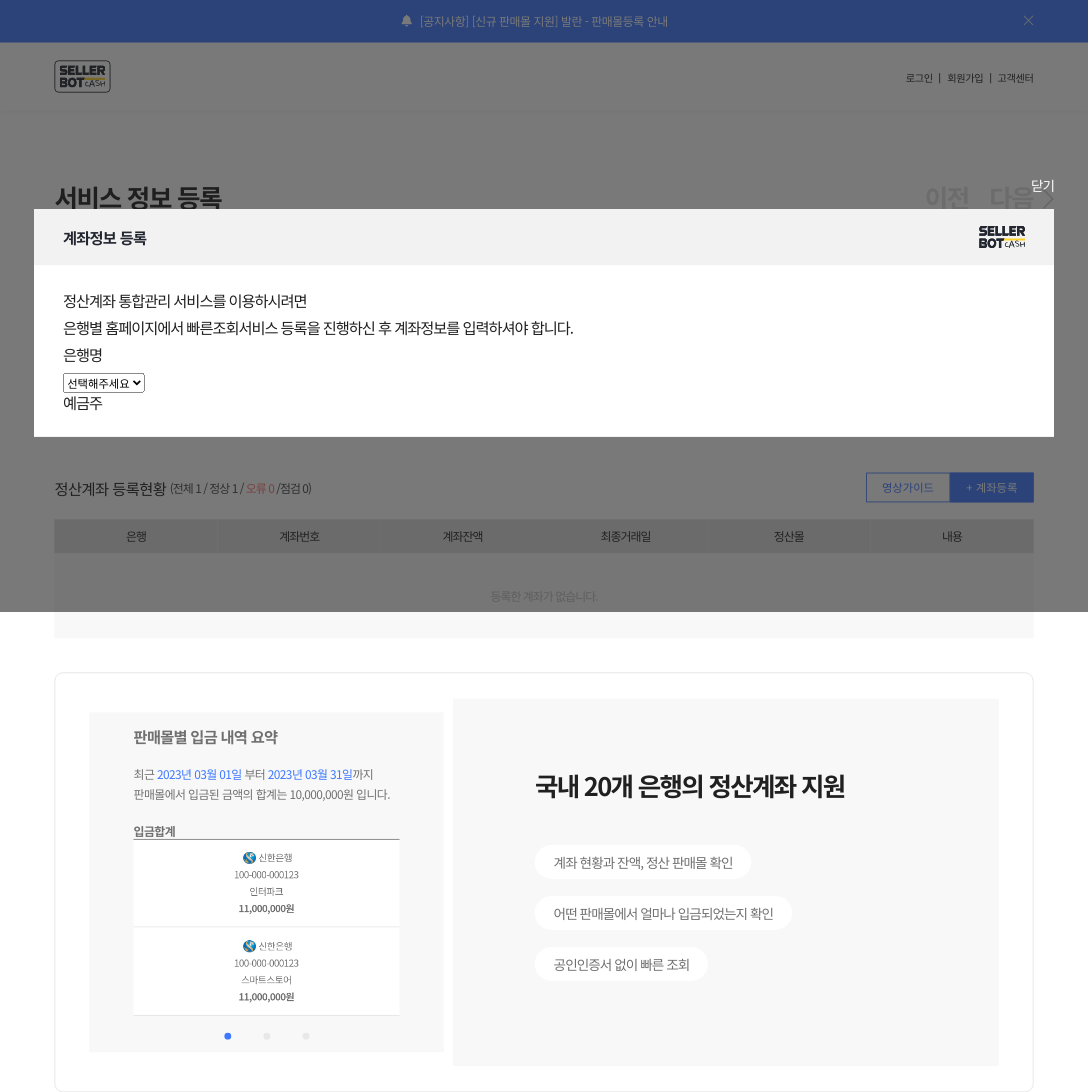
Repository: elemapfelr/ownServer
Page: test-server/web/sellerbot_signup/step_07.html
These files come from the project's save history. The page is drawn as it stood at one moment and after the next save; the edit follows.
The browser window is 1280 px wide. The pictures show the whole page, at 85% of full size.
After loading, the first visible `#regAcc` was clicked once.
Some web libraries are served in a nearby version. The style sheet was rebuilt from its Sass, Less or Tailwind sources for each picture, by a compiler version that may differ from the author's.

Above is the page before, as saved 2023-03-15 10:49:21.

### test-server/web/sellerbot_signup/step_07.html
<!DOCTYPE html>
<html lang="ko">

<head>
	<meta charset="UTF-8">
	<meta http-equiv="X-UA-Compatible" content="IE=edge">
	<meta name="viewport" content="width=device-width, initial-scale=1.0">
	<title>셀러봇캐시 회원가입</title>
	<link rel="stylesheet" href="./css/step_07.css">
	<script type="module" src="./js/step_07.js" defer></script>
	<script src="https://kit.fontawesome.com/133e10f389.js" crossorigin="anonymous"></script>
</head>

<body>
	<header>
		<div class="top">
			<div class="notification">
				<div class="text">
					<i class="fa-solid fa-bell"></i>
					<p>[공지사항] [신규 판매몰 지원] 발란 - 판매몰등록 안내</p>
				</div>
				<button><img src="./img/xmark.svg" alt="xmark"></button>
			</div>
		</div>
		<div class="bottom">
			<div class="logo"><img src="./img/sellerbotLogo.svg" alt="sellerbot"></div>
			<div class="right">
				<button>로그인</button>
				<span></span>
				<button>회원가입</button>
				<span></span>
				<button>고객센터</button>
			</div>
		</div>
	</header>
	<main>
		<section>
			<button class="fixed2" id="prevStep">
				<span>이전</span>
			</button>
			<button class="fixed" id="nextStep">
				<span>다음</span>
				<img src="./img/rightArrow.svg" />
			</button>
			<article id="top">
				<div class="title">
					<h1>서비스 정보 등록</h1>
				</div>
				<div class="processBar">
					<div class="first step">
						<span class="line"></span>
						<p>판매몰 등록</p>
					</div>
					<div class="second step">
						<span class="line"></span>
						<p>결제수단 등록</p>
					</div>
					<div class="third step active">
						<span class="line"></span>
						<p>계좌 등록</p>
					</div>
				</div>
			</article>
			<article id="accountReg">
				<p class="topText">나도 모르는 정산금 입금내역, 등록 한 번이면 쉽고 빠르게 볼 수 있습니다.</p>
				<div class="tableTop">
					<div class="left">
						<p>정산계좌 등록현황</p>
						<span>(<b>전체 1</b> / <b>정상 1</b> / <b class="err">오류 0</b> /<b>점검 0</b>)</span>
					</div>
					<div class="right">
						<button class="blue_outline" id="vidGuide">영상가이드</button>
						<button class="blue" id="regAcc">+ 계좌등록</button>
					</div>
				</div>
				<table id="accountList">
					<thead>
						<tr>
							<td>은행</td>
							<td>계좌번호</td>
							<td>계좌잔액</td>
							<td>최종거래일</td>
							<td>정산몰</td>
							<td>내용</td>
						</tr>
					</thead>
					<tbody>
						<tr class="noData">
							<td colspan="6">등록한 계좌가 없습니다.</td>
						</tr>
					</tbody>
				</table>
			</article>
			<article id="extraInfo">
				<div class="left">
					<div class="content">
						<h4>판매몰별 입금 내역 요약</h4>
						<p>최근 <b>2023년 03월 01일</b> 부터 <b>2023년 03월 31일</b>까지<br>
							판매몰에서 입금된 금액의 합계는 10,000,000원 입니다.</p>
						<h5>입금합계</h5>
						<img src="./img/step_07_img_01.png" alt="summary">
						<ul class="bottomUl">
							<li class="active"></li>
							<li></li>
							<li></li>
						</ul>
					</div>
				</div>
				<div class="right">
					<div class="content">
						<h3>국내 20개 은행의 정산계좌 지원</h3>
						<p>계좌 현황과 잔액, 정산 판매몰 확인</p>
						<p>어떤 판매몰에서 얼마나 입금되었는지 확인</p>
						<p>공인인증서 없이 빠른 조회</p>
					</div>
				</div>
			</article>
		</section>
	</main>
</body>

</html>

### test-server/web/sellerbot_signup/js/step_07.js
import modalShow from './import/modalShow.js';

document.querySelector('#prevStep').addEventListener('click', () => {
	location.href = './step_06.html';
});

document.querySelector('#regAcc').addEventListener('click', () => {
	let popupHtml = `
    <div class="head">
		<h5>계좌정보 등록</h5>
		<img src="./img/sellerbotLogo.svg" alt="sellerbot cash">
	</div>
	<div class="body">
		<p>정산계좌 통합관리 서비스를 이용하시려면</p>
		<p class="red">은행별 홈페이지에서 빠른조회서비스 등록을 진행하신 후 계좌정보를 입력하셔야 합니다.</p>
        <form action="action.do">
			<p>은행명</p>
			<div class="row">
				<select id="bankName">
					<option value="" selected>선택해주세요</option>
					<option value="신한">신한은행</option>
					<option value="국민">국민은행</option>
					<option value="농협">농협은행</option>
				</select>
			</div>
			<p>예금주</p>
			<div class="row">

			</div>
		</form>
	</div>`;
	modalShow({
		id: 'modal_01',
		content: popupHtml,
		function: () => {},
	});
});

### test-server/web/sellerbot_signup/css/scss/step_07.scss
@import "./common", "./modal";

article#accountReg{
    margin-top: 80px;

    p.topText{
        font-size: 18px;
        letter-spacing: -0.65px;
        text-align: left;
        color: #202020;
        margin-bottom: 80px;
    }

    .tableTop{
        display: flex;
        align-items: center;
        justify-content: space-between;

        .left{
            display: flex;
            align-items: center;
            p{
                font-size: 18px;
                font-weight: 500;
                letter-spacing: -0.65px;
                text-align: left;
                color: #202020;
            }
            span{
                margin-left: 4px;
                font-size: 14px;
                letter-spacing: -1.12px;
                text-align: left;
                color: #474246;

                b{
                    font-weight: normal;

                    &.err{
                        color: #ff7070;
                    }
                }
            }
        }

        .right{
            display: flex;
            align-items: center;

            button{
                padding: 7px 18px;
                box-sizing: border-box;
                border: 1px solid #3d78ff;
                cursor: pointer;

                &.blue_outline{
                    background-color: #fff;
                    color: #3d78ff;
                }
                &.blue{
                    background-color: #3d78ff;
                    color: white;
                }
            }
        }
    }

    table#accountList{
        width: 100%;
        margin-top: 20px;
        table-layout: fixed;
        border-collapse : collapse;
        border-spacing : 0;

        thead{
            tr{
                td{
                    text-align: center;
                    background-color: #dedede;
                    font-size: 14px;
                    letter-spacing: -1.12px;
                    text-align: center;
                    color: #202020;
                    padding: 10px 0;
                }
            }
        }
        tbody{
            background-color: #f8f8f8;
            tr.noData{
                td{
                    text-align: center;
                    font-size: 14px;
                    letter-spacing: -1.12px;
                    color: #bbb;
                    padding: 40px 0;
                }
            }
        }
    }
}

article#extraInfo{
    border: 1px solid #e3e3e3;
    border-radius: 10px;
    background-color: #fff;
    padding: 30px 40px;
    box-sizing: border-box;
    display: flex;
    align-items: center;
    justify-content: space-between;
    margin-top: 40px;

    .left{
        width: 39%;
        padding: 15px 0;
        background-color: #f8f8f8;

        .content{
            width: 75%;
            margin: 0 auto;
        }
        h4{
            font-size: 18px;
            font-weight: bold;
            letter-spacing: -0.9px;
            text-align: left;
            color: #707070;
            margin-bottom: 20px;
        }
        p{
            font-size: 14px;
            line-height: 1.71;
            letter-spacing: -0.7px;
            text-align: left;
            color: #707070;

            b{
                font-weight: normal;
                color: #3d78ff;
            }
        }
        h5{
            margin-top: 20px;
            font-size: 14px;
            font-weight: bold;
            letter-spacing: -0.7px;
            text-align: left;
            color: #707070;
        }
        img{
            width: 100%;
        }
        ul.bottomUl{
            width: 100px;
            height: auto;
            margin: 0 auto;
            margin-top: 20px;
            display: flex;
            align-items: center;
            justify-content: space-between;

            li{
                width: 8px;
                height: 8px;
                border-radius: 8px;
                background-color: #e8e8e8;

                &.active{
                    background-color: #3d78ff;
                }
            }
        }
    }
    .right{
        width: 60%;
        padding: 80px 0;
        background-color: #f8f8f8;

        .content{
            width: 70%;
            margin: 0 auto;

            h3{
                font-size: 30px;
                letter-spacing: -2px;
                text-align: left;
                color: #202020;
                margin-bottom: 48px;
            }

            p{
                display: inline-block;
                padding: 8px 22px;
                background-color: white;
                border-radius: 20px;
                font-size: 16px;
                font-weight: 500;
                letter-spacing: -1.12px;
                text-align: left;
                color: #707070;
                margin-bottom: 20px;
            }
        }
    }
}

.modal#modal_01{
    .popupBody{
        width: 1200px;
        max-height: 80vh;

        .head{
            width: 100%;
            height: auto;
            background-color: #f2f2f2;
            display: flex;
            align-items: center;
            justify-content: space-between;
            padding: 20px 34px;
            box-sizing: border-box;

            h5{
                font-size: 18px;
                font-weight: bold;
                letter-spacing: -0.9px;
                text-align: center;
                color: #22262f;
            }
        }
        .body{
            width: 100%;
            padding: 30px 34px 20px 34px;
            box-sizing: border-box;

            p{
                font-size: 18px;
                line-height: 1.33;
                letter-spacing: -1.26px;
                text-align: left;
                color: #202020;
                margin-bottom: 8px;
            }

            h2{
                margin-top: 100px;
                font-size: 18px;
                font-weight: 500;
                letter-spacing: -0.65px;
                text-align: left;
                color: #202020;
            }

            .flexBox{
                margin-top: 10px;
                border: 1px solid #e2e2e2;
                display: flex;
                align-items: center;
                .left{
                    width: 30%;
                    border-right: 1px solid #e2e2e2;
                    padding: 20px 0;

                    h5{
                        font-size: 24px;
                        font-weight: 500;
                        letter-spacing: -1.2px;
                        text-align: center;
                        color: #3d78ff;
                    }
                    h4{
                        font-size: 30px;
                        font-weight: bold;
                        letter-spacing: -1.5px;
                        text-align: center;
                        color: #202020;
                        margin-top: 10px;
                    }
                    small{
                        display: block;
                        font-size: 12px;
                        font-weight: 500;
                        letter-spacing: -0.6px;
                        text-align: center;
                        color: #202020;
                    }
                }

                .right{
                    width: 70%;
                    background-color: #f9f9f9;
                    padding: 48px 0;

                    .content{
                        width: 100%;
                        display: flex;
                        align-items: center;
                        justify-content: space-around;
                        margin: 0 auto;

                        p.gray{
                            font-size: 14px;
                            font-weight: 500;
                            letter-spacing: -0.5px;
                            text-align: left;
                            color: #c1c1c1;
                        }

                        .blue{
                            padding: 3px 19px;
                            background-color: #3d78ff;
                            border-radius: 20px;
                            font-size: 14px;
                            font-weight: 500;
                            letter-spacing: -0.5px;
                            text-align: center;
                            color: #fff;
                            margin-bottom: 5px;
                        }

                        .blue_outline{
                            padding: 2px 19px;
                            background-color: #fff;
                            border: 1px solid #3d78ff;
                            border-radius: 20px;
                            font-size: 14px;
                            font-weight: 500;
                            letter-spacing: -0.5px;
                            text-align: center;
                            color: #3d78ff;
                            margin-bottom: 5px;
                        }

                        p{
                            font-size: 14px;
                            font-weight: 500;
                            letter-spacing: -0.5px;
                            text-align: center;
                            color: #202020;
                        }

                        span.line{
                            width: 1px;
                            display: block;
                            height: 60px;
                            background-color: #e1e1e1;
                        }
                    }
                }

                &.payInfo{
                    .left{
                        h5{
                            font-size: 16px;
                            font-weight: bold;
                            letter-spacing: -0.8px;
                            text-align: center;
                            color: #202020;
                        }
                    }
                    .right{
                        padding: 0;
                        background-color: #f9f9f9;

                        p{
                            text-align: center;
                            font-size: 16px;
                            font-weight: 500;
                            letter-spacing: -0.8px;
                            color: #202020;
                        }
                    }
                }
            }
        }
    }
}

### test-server/web/sellerbot_signup/css/scss/_common.scss
@charset "utf-8";
@import url('https://fonts.googleapis.com/css2?family=Noto+Sans+KR:wght@100;300;400;500;700;900&display=swap');

$blue: #3d78ff;

* {
	margin: 0;
	padding: 0;
	font-family: 'Noto Sans KR', sans-serif;
}

html {
	font-size: 16px;
	letter-spacing: -0.98px;
}

html,
body {
	width: 100%;
	height: auto;
}

ol,
ul,
li {
	list-style: none;
}

a {
	text-decoration: none;
	color: #000;
}

img {
	border: 0;
	display: block;
}

header,
main,
footer,
nav,
section,
article,
aside {
	display: block;
}


header{
	width: 100%;
	height: 130px;
	box-shadow: 0 3px 6px 0 rgba(190, 190, 190, 0.16);
  	background-color: #fff;

	.top{
		width: 100%;
		height: auto;
		background-color: #3d78ff;
		padding: 14px 0 16px 0;

		.notification{
			width: 90%;
			max-width: 1200px;
			margin: 0 auto;
			display: flex;
			align-items: center;
			justify-content: center;

			.text{
				width: 100%;
				display: flex;
				justify-content: center;
				align-items: center;
				i{
					color: white;
					font-size: 14px;
				}
				p{
					font-size: 14px;
					letter-spacing: -0.53px;
					color: #fff;
					text-align: center;
					margin: 0 10px;
				}
			}

			button{
				float: right;
				border: none;
				background: none;
				outline: none;
				filter: invert(100%);
				cursor: pointer;
			}
		}
	}
	.bottom{
		width: 90%;
		max-width: 1200px;
		margin: 0 auto;
		height: 80px;
		display: flex;
		align-items: center;
		justify-content: space-between;

		.logo{
			padding: 5px;
			border: 1px solid #202020;
			border-radius: 5px;
		}

		.right{
			display: flex;
			align-items: center;

			button{
				font-size: 12px;
				letter-spacing: -0.46px;
				color: #202020;
				border: none;
				background: none;
				outline: none;
				cursor: pointer;
			}

			span{
				width: 1px;
				height: 12px;
				background-color: #202020;
				margin: 0 8px;
				margin-top: 4px;
				display: block;
			}
		}
	}
}

main{
	width: 100%;
	height: auto;

	.fixed2{
		background: none;
		border: none;
		outline: none;
		position: fixed;
		top: 210px;
		right: calc(5% + 100px);
		display: inline-flex;
		align-items: center;
		cursor: pointer;
		z-index: 1000;

		span{
			font-size: 30px;
			font-weight: bold;
			font-stretch: normal;
			font-style: normal;
			letter-spacing: -1.5px;
			text-align: right;
			color: #dedede;
			margin-bottom: 4px;
		}
	}

	.fixed{
		background: none;
		border: none;
		outline: none;
		position: fixed;
		top: 210px;
		right: 5%;
		display: inline-flex;
		align-items: center;
		z-index: 1000;
		cursor: pointer;

		span{
			font-size: 30px;
			font-weight: bold;
			font-stretch: normal;
			font-style: normal;
			letter-spacing: -1.5px;
			text-align: right;
			color: #dedede;
			margin-bottom: 4px;
		}

		img{
			filter: grayscale(100%) brightness(180%);
		}

		&.active{

			span{
				color: #3d78ff;
			}

			img{
				filter: none;
			}
		}
	}

	section{
		margin-top: 80px;

		article{
			width: 90%;
			max-width: 1200px;
			margin: 0 auto;

			input::placeholder{
				font-size: 12px;
				letter-spacing: -0.84px;
				color: #bbb;
			}
		}
	}
}

article#top{
	.title{
		display: flex;
		align-items: center;

		h1{
			font-size: 30px;
			font-weight: bold;
			letter-spacing: -1.5px;
			color: #202020;
			margin-bottom: 4px;
		}

		span{
			font-size: 12px;
			font-weight: 500;
			letter-spacing: -0.6px;
			text-align: center;
			color: #3d78ff;
			padding: 4px 18px 5px 18px;
			border: 1px solid #3d78ff;
			border-radius: 20px;
			margin-left: 4px;
			cursor: pointer;
		}
	}

	.processBar{
		margin-top: 80px;
		display: flex;
		align-items: center;
		justify-content: space-between;

		.step{
			width: 33.3333%;
			span{
				width: 100%;
				display: block;
				height: 2px;
				background-color: #dedede;
			}
			p{
				margin-top: 10px;
				text-align: center;
				font-size: 14px;
				font-weight: 500;
				letter-spacing: -0.5px;
				color: #dedede;
			}

			&.active{
				span{
					background-color: $blue;
				}
				p{
					color: #505050;
				}
			}
		}
	}
}

.checkBoxDiv {
	transform-origin: left;
	display: inline-flex;
	align-items: center;
	cursor: pointer;

	label.checkBox {
		width: 16px;
		height: 16px;
		border: 1px solid darken(#e8e8e8, 10%);
		border-radius: 13px;
		position: relative;
		transition: cubic-bezier(0.075, 0.82, 0.165, 1) .2s;
		cursor: pointer;
		display: block;
	}

	input.chkBox {
		display: none;

		&:checked+label.checkBox {
			background-color: $blue;
			border: 1px solid $blue;

			&::before {
				content: '';
				position: absolute;
				top: 0px;
				left: 3px;
				width: 9px;
				height: 12px;
				box-shadow: inset 2px 2px white;
				transform: rotate(-135deg);
			}
		}
	}

	label.text {
		margin-left: .2rem;
		font-size: .9rem;
		cursor: pointer;
	}

	&.square {
		label.checkBox {
			width: 15px;
			height: 15px;
			border: 1px solid darken(#e8e8e8, 10%);
			background-color: #fff;
			border-radius: 1px;
			position: relative;
			transition: cubic-bezier(0.075, 0.82, 0.165, 1) .2s;
			cursor: pointer;
			display: block;
		}

		input.chkBox {
			display: none;

			&:checked+label.checkBox {
				background-color: $blue;
				border: 1px solid $blue;

				&::before {
					content: '';
					position: absolute;
					top: -1px;
					left: 2.5px;
					width: 9px;
					height: 12px;
					box-shadow: inset 2px 2px white;
					transform: rotate(-135deg);
				}
			}
		}
	}
}


@media only screen and (max-width: 1400px) {
	main{
		.fixed2{
			right: 140px;
		}
		.fixed{
			right: 40px;
		}
	}
}

@media only screen and (max-width: 1200px) {
	main{
		section{
			margin-top: 40px;
		}
	}
	article#top{
		.title{

			h1{
				font-size: 26px;
				letter-spacing: -1.3px;
			}
		}
		.processBar{
			margin-top: 60px;

			.step{
				p{
					font-size: 12px;
				}
			}
		}
	}
}

@media only screen and (max-width: 900px) {
	header{
		.top{
			.notification{
				.text{
					i,p{
						font-size: 12px;
					}
				}
			}
		}
	}
	main{
		.fixed2{
			top: auto;
			left: 0;
			right: auto;
			bottom: 0;
			width: 30%;
			justify-content: center;
			background-color: #f0f0f0;
			z-index: 10;
			padding: 12px 0;

			span{
				display: block;
				text-align: center;
				font-size: 22px;
				color: #cecece;
			}
		}
		.fixed{
			top: auto;
			right: 0;
			bottom: 0;
			width: 100%;
			justify-content: center;
			background-color: #e8e8e8;
			z-index: 10;
			padding: 12px 0;

			&._70{
				width: 70%;
			}

			span{
				display: block;
				text-align: center;
				font-size: 22px;
				color: #cecece;
			}

			img{
				display: none;
			}

			&.active{
				background-color: #3d78ff;

				span{
					color: white;
				}
			}
		}
	}
}

### test-server/web/sellerbot_signup/css/scss/_modal.scss
.modal {
	position: fixed;
	top: 0;
	left: 0;
	width: 100%;
	height: 100%;
	background-color: transparentize(#202020, .4);
	align-items: center;
	justify-content: center;
	z-index: 1000;
	overflow: hidden;
	display: flex;
	padding: 0 30px;
	box-sizing: border-box;

	.layerPopup {
		width: fit-content;
		height: auto;
		margin: 0 auto;
		box-sizing: border-box;
		overflow: hidden;
		position: relative;

		.popupHead {
			width: 100%;
			height: 40px;
			display: flex;
			justify-content: right;
			align-items: flex-start;

			button {
				cursor: pointer;
				border: none;
				background: none;

				span {
					font-size: 16px;
					font-weight: 300;
					letter-spacing: -1.12px;
					text-align: left;
					color: #fff;
				}
			}
		}

		.popupBody {
			width: 100%;
			height: auto;
			background-color: white;
			max-height: 70vh;
			overflow-y: auto;
			overflow-x: hidden;

			&::-webkit-scrollbar {
                width: 12px;
                height: 12px;
            }

            &::-webkit-scrollbar-track {
                background-color: #fff;
                border: 1px solid #e2e2e2;
            }

            &::-webkit-scrollbar-thumb {
                background-color: #f2f2f2;
                border: 1px solid #e2e2e2;
            }

			h1{
				font-size: 24px;
				font-weight: bold;
				letter-spacing: -1.92px;
				text-align: center;
				color: #202020;
			}
		}

		.btnBox {
			width: 100%;
			height: auto;
			margin: 0 auto;
			display: flex;
			align-items: center;

			button {
				width: 100%;
				outline: none;
				padding: 15px 0;
				cursor: pointer;
				border: none;
				font-size: 16px;
				font-weight: 500;
				letter-spacing: -1.12px;
				text-align: center;
				color: #2e1e00;
				// background-color: ;
			}
		}
	}
}

Loaded but not shown: test-server/web/sellerbot_signup/js/import/createElement.js (65 lines, source omitted); test-server/web/sellerbot_signup/js/import/modalShow.js (54 lines, source omitted)

After the next save:
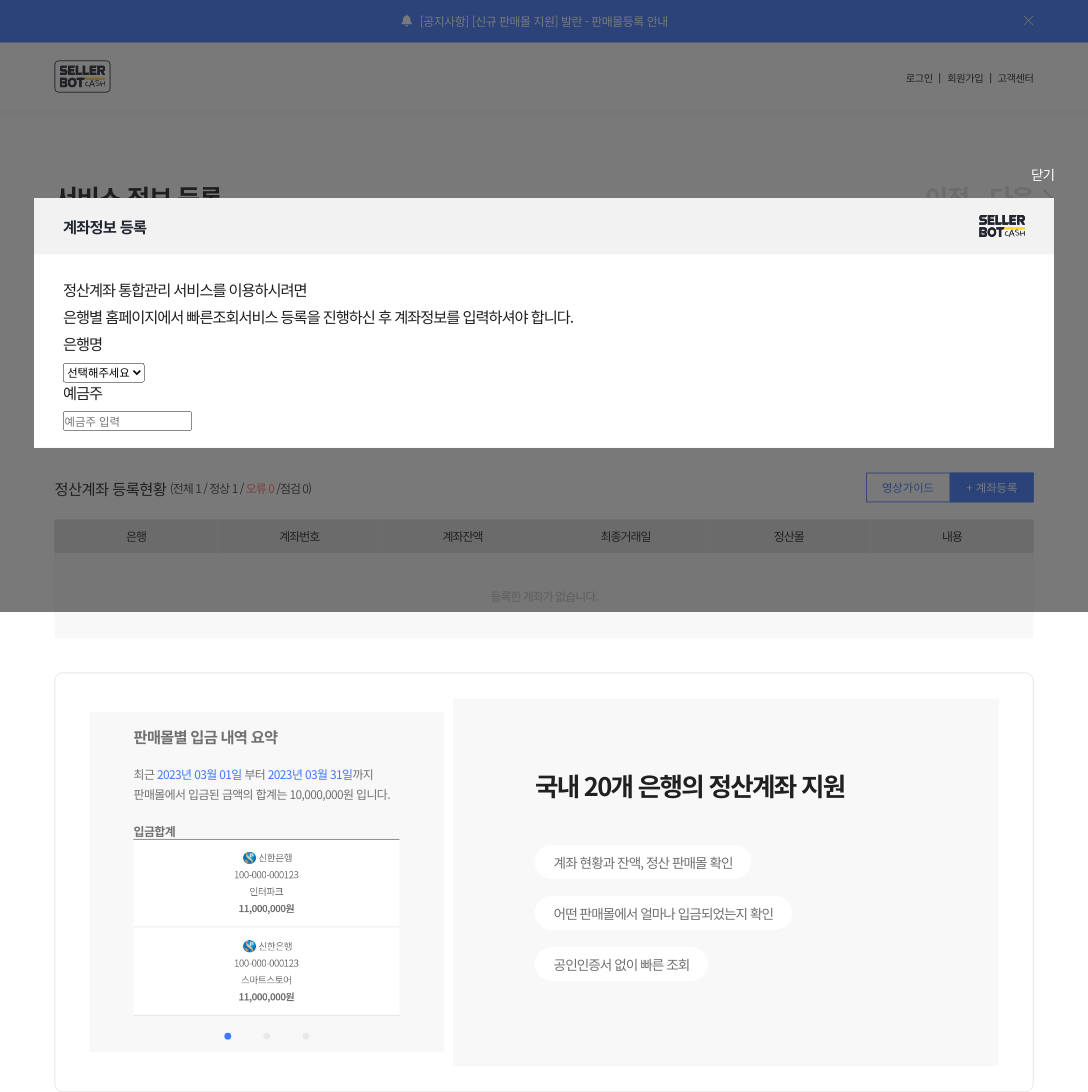
Saved 33 s later.
--- a/test-server/web/sellerbot_signup/js/step_07.js
+++ b/test-server/web/sellerbot_signup/js/step_07.js
@@ -25,7 +25,7 @@
 			</div>
 			<p>예금주</p>
 			<div class="row">
-
+				<input type="text" id="accUser" placeholder="예금주 입력">
 			</div>
 		</form>
 	</div>`;
